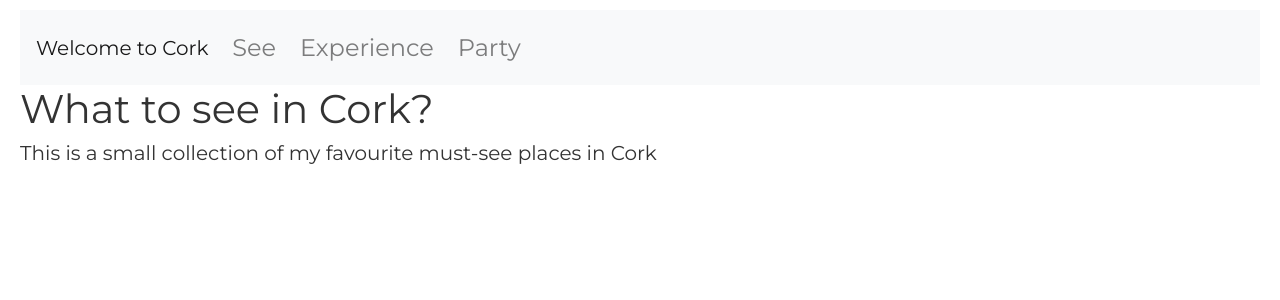
Repository: Maja-Jer/Welcome-to-Cork
Page: index.html
The author's editor kept a record of every edit. The page is drawn from the files as they stood at one moment, then again after the next edit.
The browser window is 1280 px wide. The pictures show the whole page.
Some web libraries are served in a nearby version.

Above is the page before.
Console error: TypeError: Cannot read properties of undefined (reading 'fn')

After the next edit:
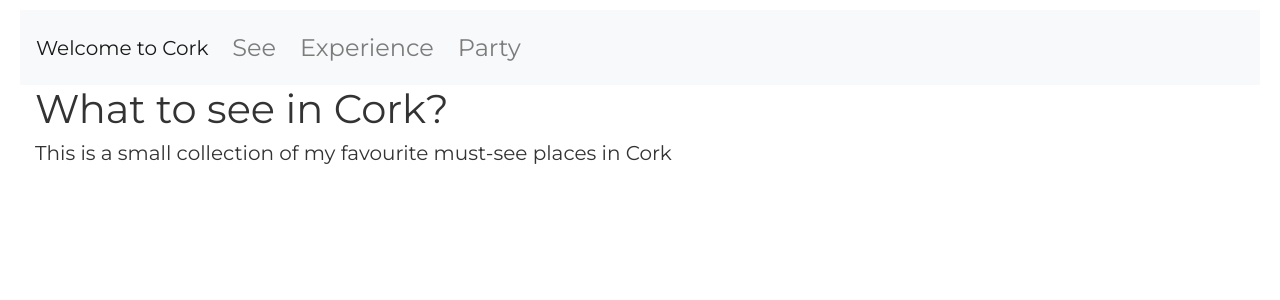
The edit:
--- a/index.html
+++ b/index.html
@@ -35,7 +35,7 @@
     </nav>
 
     <!--------------- Title -------->
-    <div class="title">
+    <div class="container-fluid title">
        <h1>What to see in Cork?</h1>
        <h5>This is a small collection of my favourite must-see places in Cork</h5>
     </div>
